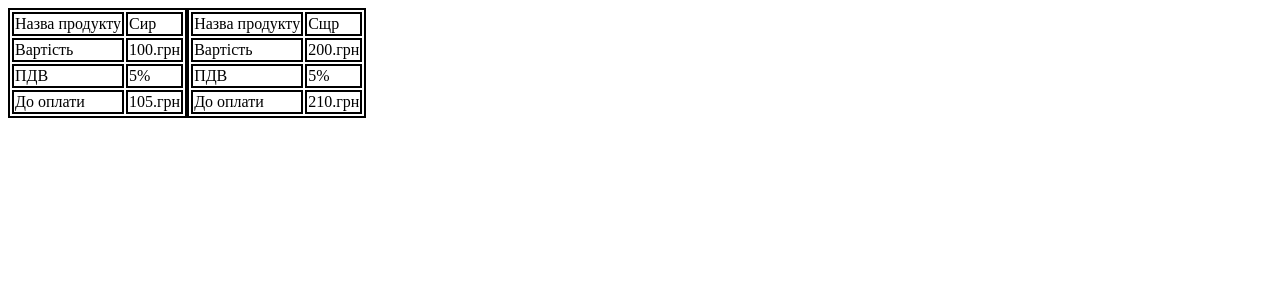
Repository: AnatoliyZaporozhets/HomeTask
Page: / (app in HomeWork_1/)
The author's editor kept a copy of each file at every save. The page is drawn from the files as they stood at one save, then again after the next save.
The browser window is 1280 px wide. The pictures show the whole page.
The project was rebuilt for these pictures with package versions that can differ from the ones it lists, and the page was loaded fresh each time.

Above is the page before, as saved 2022-04-08 16:10:14.

After the next save:
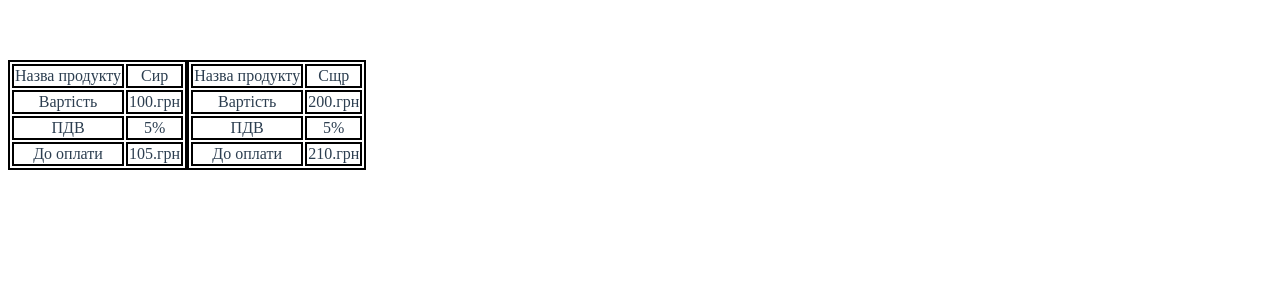
Saved 19 s later.
--- a/HomeWork_1/src/App.vue
+++ b/HomeWork_1/src/App.vue
@@ -38,12 +38,12 @@
 </script>
 
 <style>
-/* #app {
-  font-family: Avenir, Helvetica, Arial, sans-serif;
+#app {
+  /* font-family: Avenir, Helvetica, Arial, sans-serif;
   -webkit-font-smoothing: antialiased;
-  -moz-osx-font-smoothing: grayscale;
+  -moz-osx-font-smoothing: grayscale; */
   text-align: center;
   color: #2c3e50;
   margin-top: 60px;
-} */
+}
 </style>

After the save that followed:
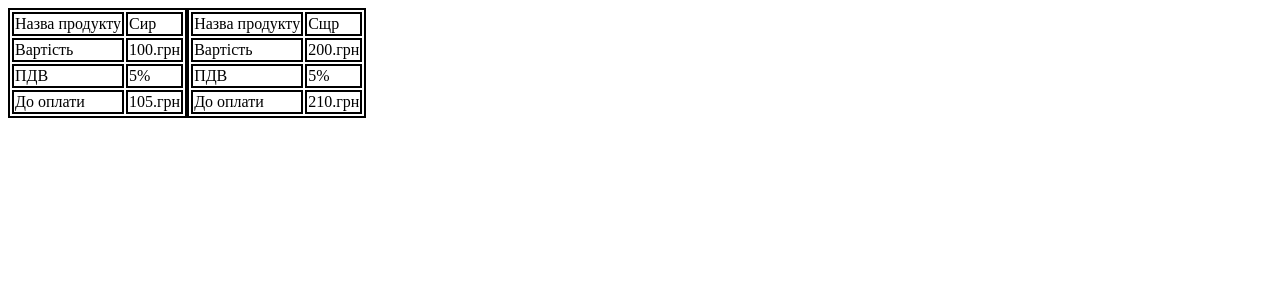
Saved 12 min 16 s later.
--- a/HomeWork_1/src/App.vue
+++ b/HomeWork_1/src/App.vue
@@ -42,8 +42,8 @@
   /* font-family: Avenir, Helvetica, Arial, sans-serif;
   -webkit-font-smoothing: antialiased;
   -moz-osx-font-smoothing: grayscale; */
-  text-align: center;
+  /* text-align: center;
   color: #2c3e50;
-  margin-top: 60px;
+  margin-top: 60px; */
 }
 </style>
